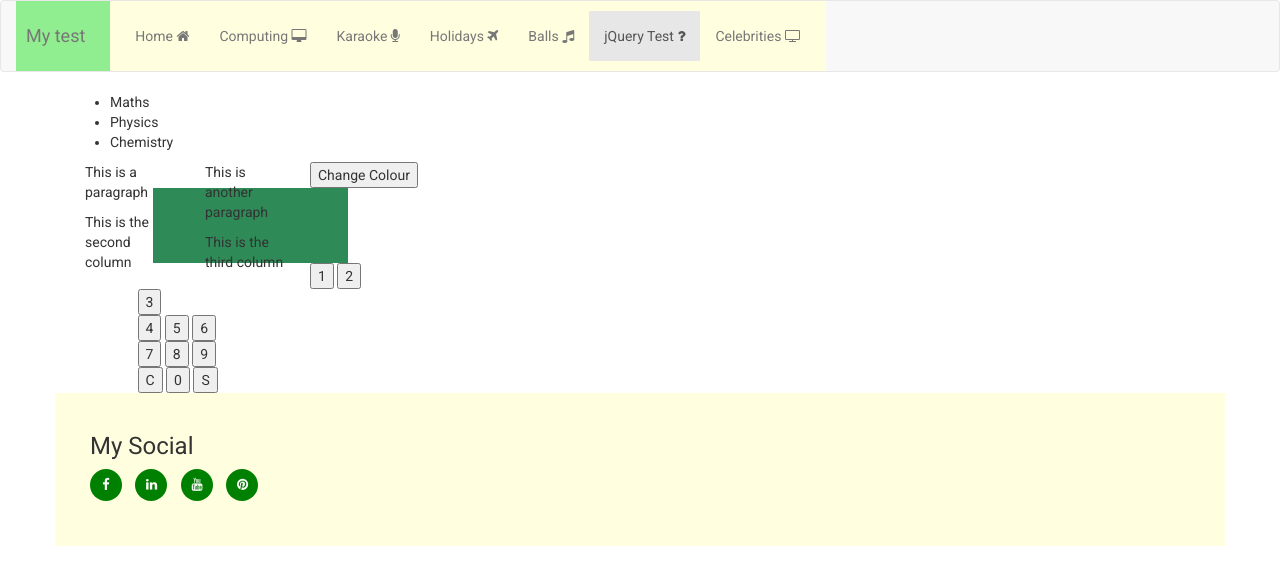
Repository: derektypist/bootstrap
Page: jquerydemo.html
The author's editor kept a record of every edit. The page is drawn from the files as they stood at one moment, then again after the next edit.
The browser window is 1280 px wide. The pictures show the whole page.
Some web libraries are served in a nearby version.

Above is the page before.

After the next edit:
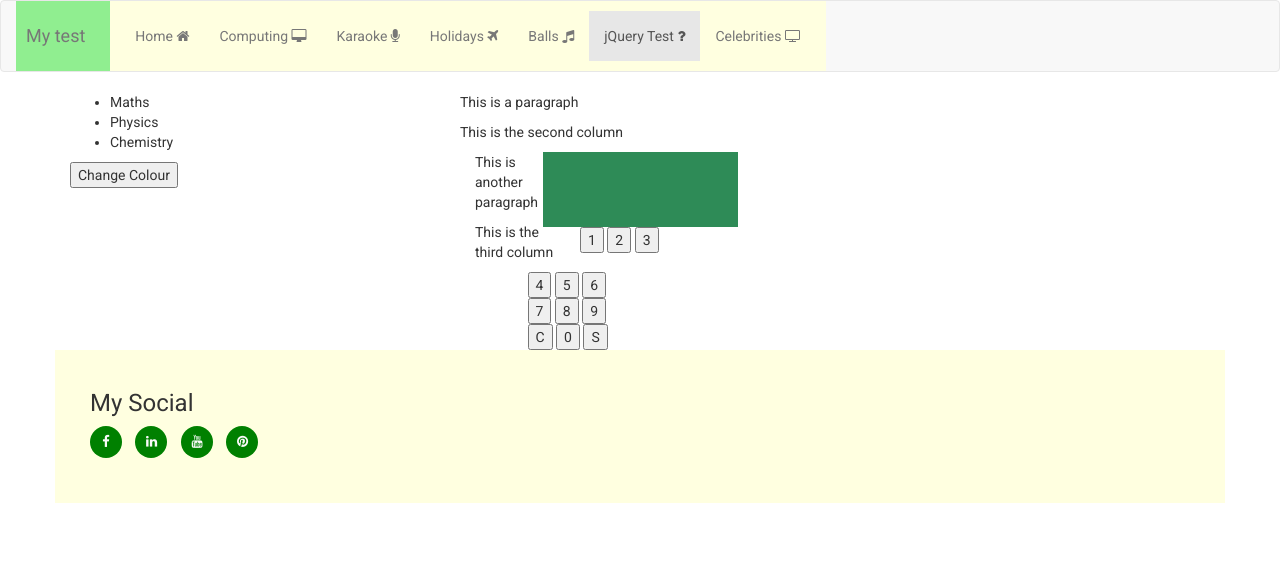
The edit:
--- a/jquerydemo.html
+++ b/jquerydemo.html
@@ -58,8 +58,8 @@
                 <li>Chemistry</li>
             </ul>
             <button>Change Colour</button>
-            </div>
-            <div class="col-sm-4">
+            </article>
+            <article class="col-sm-4">
                 <p>This is a paragraph</p>
                 <p>This is the second column</p>
             </div>
